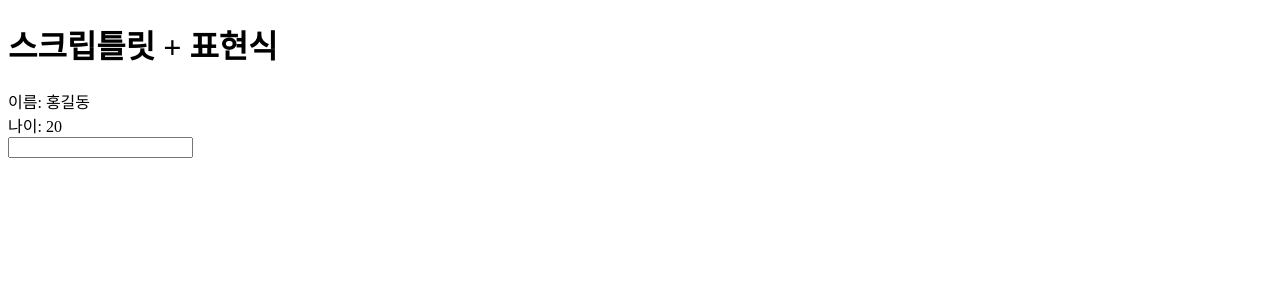
Repository: sujin9335/sever
Page: http://localhost/JSPTest/ex05.jsp
These files come from the project's save history. The page is drawn as it stood at one moment and after the next save; the edit follows.
The browser window is 1280 px wide. The pictures show the whole page.
The page is served by Tomcat 9.

Above is the page before, as saved 2023-10-17 05:42:54.

After the next save:
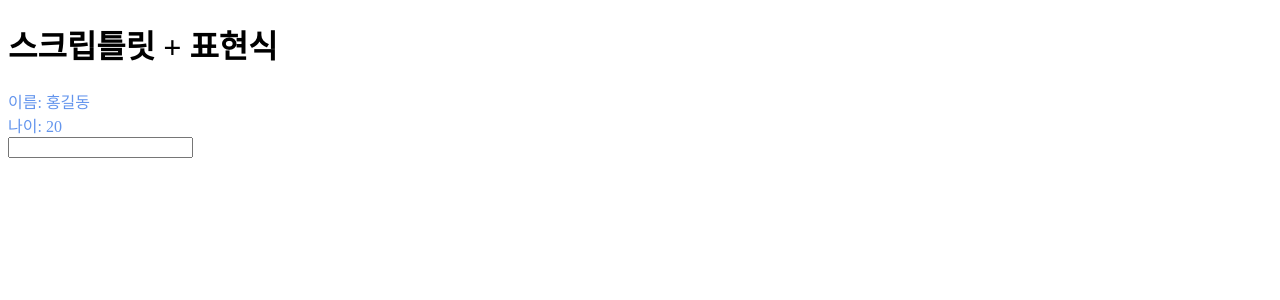
Saved 46 s later.
--- a/JSPTest/src/main/webapp/ex05.jsp
+++ b/JSPTest/src/main/webapp/ex05.jsp
@@ -16,6 +16,13 @@
 <head>
 <meta charset="UTF-8">
 <title>Insert title here</title>
+<style>
+	div {
+		color: <%=color %>;
+	}
+
+</style>
+
 </head>
 <body>
 	<h1>스크립틀릿 + 표현식</h1>
